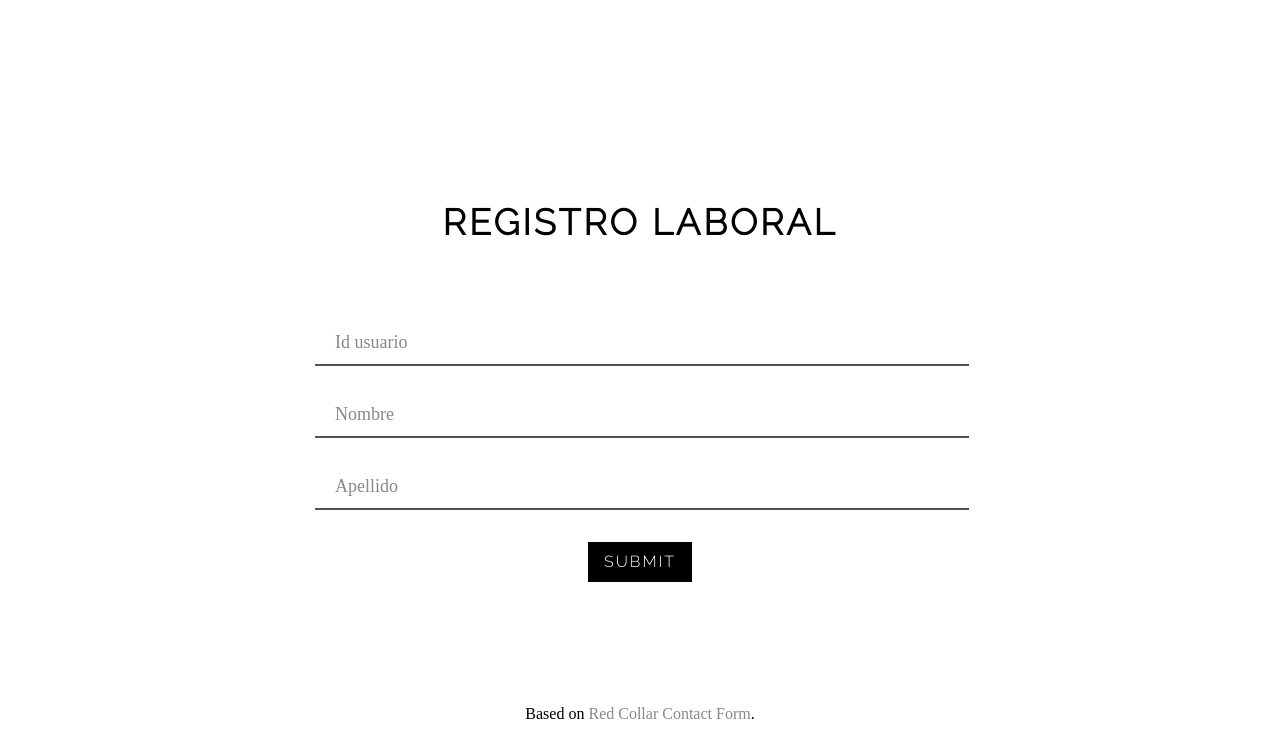
Repository: Alejandr0Aceved0/AWS_SERVICES_AND_INSTANCES
Page: register.html
These files come from the project's save history. The page is drawn as it stood at one moment and after the next save; the edit follows.
The browser window is 1280 px wide. The pictures show the whole page.
Some web fonts or font styles are not loaded; a fallback is used.

Above is the page before, as saved 2024-10-17 16:22:47.

### register.html
<!DOCTYPE html>
<html>

<head>
    <meta charset='utf-8'>
    <meta http-equiv='X-UA-Compatible' content='IE=edge'>
    <title>Register Page</title>
    <meta name='viewport' content='width=device-width, initial-scale=1'>
    <link rel='stylesheet' type='text/css' media='screen' href='styles/appRegister.css'>
    <script src='appRegister.js'></script>
</head>

<body>

    <section class="get-in-touch">
        <h1 class="title">Registro Laboral</h1>
        <form class="contact-form ">
           <div class="form-field col x-50">
              <input id="name" class="input-text js-input" type="text" required>
              <label class="label" for="name">Id usuario</label>
           </div>
           <div class="form-field col x-50">
              <input id="email" class="input-text js-input" type="email" required>
              <label class="label" for="email">Nombre</label>
           </div>
           <div class="form-field col x-100">
              <input id="message" class="input-text js-input" type="text" required>
              <label class="label" for="message">Apellido</label>
           </div>
           <div class="form-field col x-100 align-center">
              <input class="submit-btn" type="submit" value="Submit">
           </div>
        </form>
     </section>
     <p class="note">Based on <a class="link" href="http://redcollar.digital/contacts/" target="blank">Red Collar Contact Form</a>.</p>


    <!-- <div class="form-field col x-50">
        <input id="name" class="input-text js-input" type="text" required>
        <label class="label" for="name">Name</label>
     </div>

    <p>
    <h1>Registro de usuario</h1>

    <input type="text" placeholder="Id usuario" class="form-input-text__FormInput-sc-xxedi2-0 form-input-text___StyledFormInput-sc-xxedi2-1 dzARff ldZduL">
    <br>

    <input type="text" placeholder="Nombre" class="form-input-text__FormInput-sc-xxedi2-0 form-input-text___StyledFormInput-sc-xxedi2-1 dzARff ldZduL">
    <br>

    <input type="text" placeholder="Apellido" class="form-input-text__FormInput-sc-xxedi2-0 form-input-text___StyledFormInput-sc-xxedi2-1 dzARff ldZduL">
    <br>

    <input type="text" placeholder="Area laboral" class="form-input-text__FormInput-sc-xxedi2-0 form-input-text___StyledFormInput-sc-xxedi2-1 dzARff ldZduL">
    <br>
    <br>

    <input type="text" placeholder="Click Me!" class="form-input-text__FormInput-sc-xxedi2-0 form-input-text___StyledFormInput-sc-xxedi2-1 dzARff ldZduL">
    <br>

    <button class="button-30" role="button">Registrar</button> -->
</body>

</html>

### styles/appRegister.css
@import url(https://fonts.googleapis.com/css?family=Raleway:300);
@import url(https://fonts.googleapis.com/css?family=Lusitana:400,700);

@mixin clearfix {
    &:after {
        content: "";
        display: table;
        clear: both;
    }
}

.align-center {
    text-align: center;
}


html {
    height: 100%;
}

body {
    height: 100%;
    position: relative;
}

.row {
    @include clearfix;
    margin: -20px 0;

    .col {
        padding: 0 20px;
        float: left;
        box-sizing: border-box;

        &.x-50 {
            width: 50%;
        }

        &.x-100 {
            width: 100%;
        }
    }
}

.content-wrapper {
    min-height: 100%;
    position: relative;
}

.get-in-touch {
    max-width: 650px;
    margin: 0 auto;
    position: relative;
    top: 50%;
    transform: translateY(-50%);

    .title {
        text-align: center;
        font-family: Raleway, sans-serif;
        text-transform: uppercase;
        letter-spacing: 3px;
        font-size: 36px;
        line-height: 48px;
        padding-bottom: 48px;
    }
}

.contact-form {
    .form-field {
        position: relative;
        margin: 32px 0;
    }

    .input-text {
        display: block;
        width: 100%;
        height: 36px;
        border-width: 0 0 2px 0;
        border-color: #000;
        font-family: Lusitana, serif;
        font-size: 18px;
        line-height: 26px;
        font-weight: 400;

        &:focus {
            outline: none;
        }

        &:focus,
        &.not-empty {
            +.label {
                transform: translateY(-24px);
            }
        }
    }

    .label {
        position: absolute;
        left: 20px;
        bottom: 11px;
        font-family: Lusitana, serif;
        font-size: 18px;
        line-height: 26px;
        font-weight: 400;
        color: #888;
        cursor: text;
        transition: transform .2s ease-in-out;
    }

    .submit-btn {
        display: inline-block;
        background-color: #000;
        color: #fff;
        font-family: Raleway, sans-serif;
        text-transform: uppercase;
        letter-spacing: 2px;
        font-size: 16px;
        line-height: 24px;
        padding: 8px 16px;
        border: none;
        cursor: pointer;
    }
}

.note {
    position: absolute;
    left: 0;
    bottom: 10px;
    width: 100%;
    text-align: center;
    font-family: Lusitana, serif;
    font-size: 16px;
    line-height: 21px;

    .link {
        color: #888;
        text-decoration: none;

        &:hover {
            text-decoration: underline;
        }
    }
}


.button-30 {
    align-items: center;
    appearance: none;
    background-color: #FCFCFD;
    border-radius: 4px;
    border-width: 0;
    box-shadow: rgba(45, 35, 66, 0.4) 0 2px 4px, rgba(45, 35, 66, 0.3) 0 7px 13px -3px, #D6D6E7 0 -3px 0 inset;
    box-sizing: border-box;
    color: #36395A;
    cursor: pointer;
    display: inline-flex;
    font-family: "JetBrains Mono", monospace;
    height: 48px;
    justify-content: center;
    line-height: 1;
    list-style: none;
    overflow: hidden;
    padding-left: 16px;
    padding-right: 16px;
    position: relative;
    text-align: left;
    text-decoration: none;
    transition: box-shadow .15s, transform .15s;
    user-select: none;
    -webkit-user-select: none;
    touch-action: manipulation;
    white-space: nowrap;
    will-change: box-shadow, transform;
    font-size: 18px;
}

.button-30:focus {
    box-shadow: #D6D6E7 0 0 0 1.5px inset, rgba(45, 35, 66, 0.4) 0 2px 4px, rgba(45, 35, 66, 0.3) 0 7px 13px -3px, #D6D6E7 0 -3px 0 inset;
}

.button-30:hover {
    box-shadow: rgba(45, 35, 66, 0.4) 0 4px 8px, rgba(45, 35, 66, 0.3) 0 7px 13px -3px, #D6D6E7 0 -3px 0 inset;
    transform: translateY(-2px);
}

.button-30:active {
    box-shadow: #D6D6E7 0 3px 7px inset;
    transform: translateY(2px);
}

Loaded but not shown: appRegister.js (no copy from this time; the picture is the same without it)

After the next save:
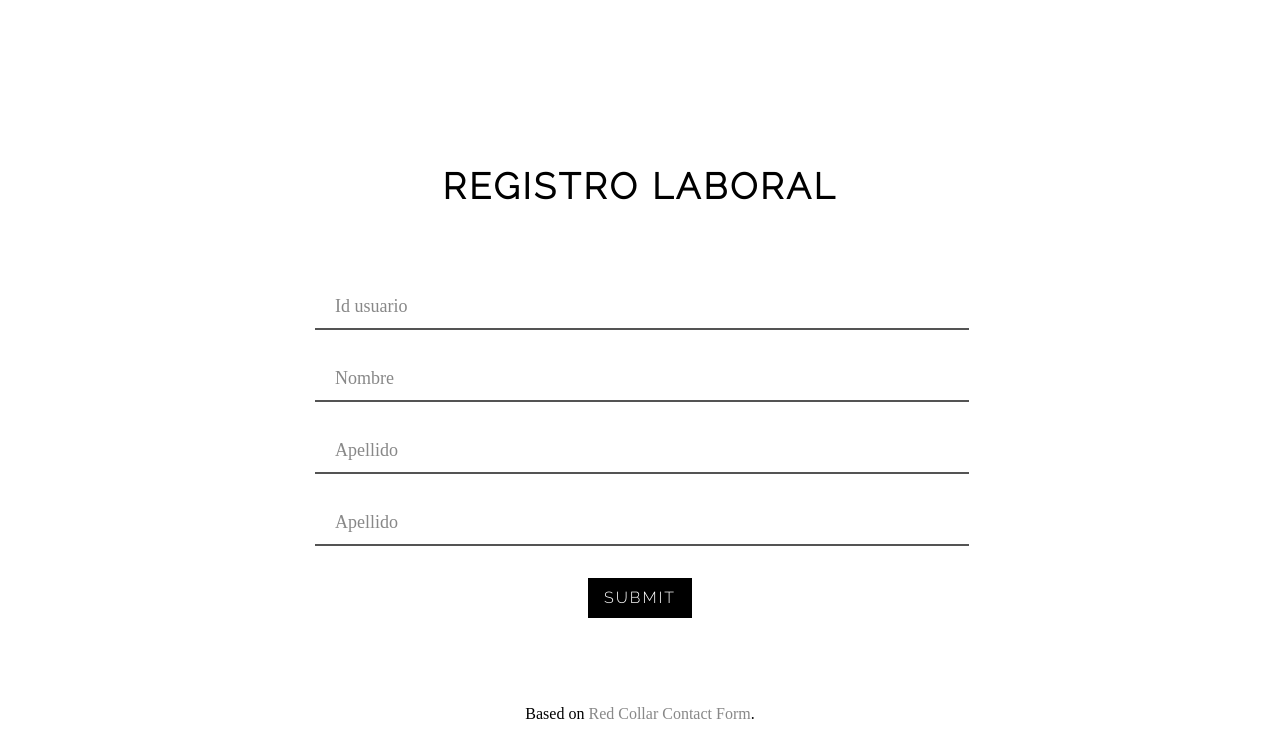
Saved 17 s later.
--- a/register.html
+++ b/register.html
@@ -27,6 +27,12 @@
               <input id="message" class="input-text js-input" type="text" required>
               <label class="label" for="message">Apellido</label>
            </div>
+
+           <div class="form-field col x-100">
+            <input id="message" class="input-text js-input" type="text" required>
+            <label class="label" for="message">Apellido</label>
+           </div>
+
            <div class="form-field col x-100 align-center">
               <input class="submit-btn" type="submit" value="Submit">
            </div>
